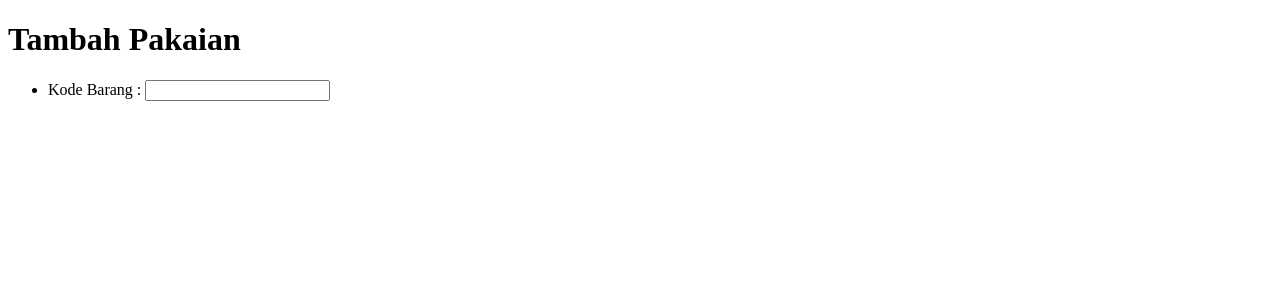
Repository: NovianRI/NovianRI.github.io
Page: http://localhost/tambah.php
The author's editor kept a copy of each file at every save. The page is drawn from the files as they stood at one save, then again after the next save.
The browser window is 1280 px wide. The pictures show the whole page.
The page is run by PHP 8.4 with error messages shown; the project is at /var/www/html/.

Above is the page before, as saved 2024-01-16 21:39:37.

### tambah.php
<!DOCTYPE html>
<html lang="en">
<head>
    <meta charset="UTF-8">
    <meta name="viewport" content="width=device-width, initial-scale=1.0">
    <title>Tambah Pakaian</title>
</head>
<body>
    <h1>Tambah Pakaian</h1>

    <form action="" method="post">
        <ul>
            <li>
                <label for="kode">Kode Barang : </label>
                <input type="text" name="kode" id="kode">
            </li>
        </ul>
    </form>
</body>
</html>

After the next save:
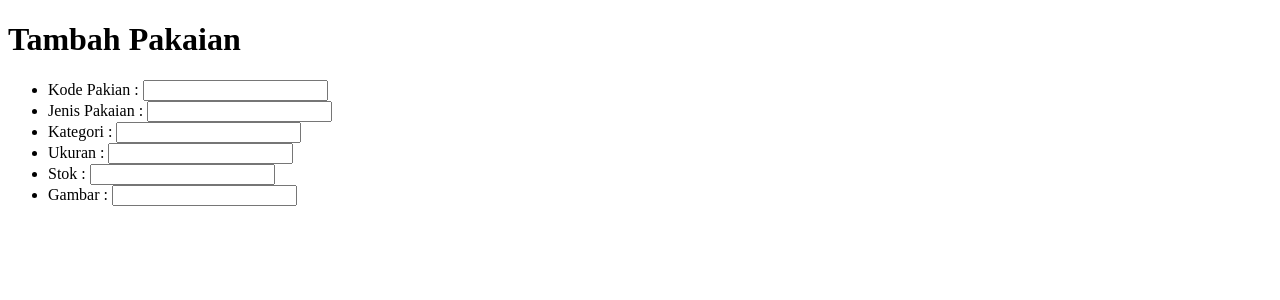
Saved 2 min 20 s later.
--- a/tambah.php
+++ b/tambah.php
@@ -11,8 +11,28 @@
     <form action="" method="post">
         <ul>
             <li>
-                <label for="kode">Kode Barang : </label>
+                <label for="kode">Kode Pakian : </label>
                 <input type="text" name="kode" id="kode">
+            </li>
+            <li>
+                <label for="jenis">Jenis Pakaian : </label>
+                <input type="text" name="jenis" id="jenis">
+            </li>
+            <li>
+                <label for="kategori">Kategori : </label>
+                <input type="text" name="kategori" id="kategori">
+            </li>
+            <li>
+                <label for="ukuran">Ukuran : </label>
+                <input type="text" name="ukuran" id="ukuran">
+            </li>
+            <li>
+                <label for="stok">Stok : </label>
+                <input type="text" name="stok" id="stok">
+            </li>
+            <li>
+                <label for="gambar">Gambar : </label>
+                <input type="text" name="gambar" id="gambar">
             </li>
         </ul>
     </form>
